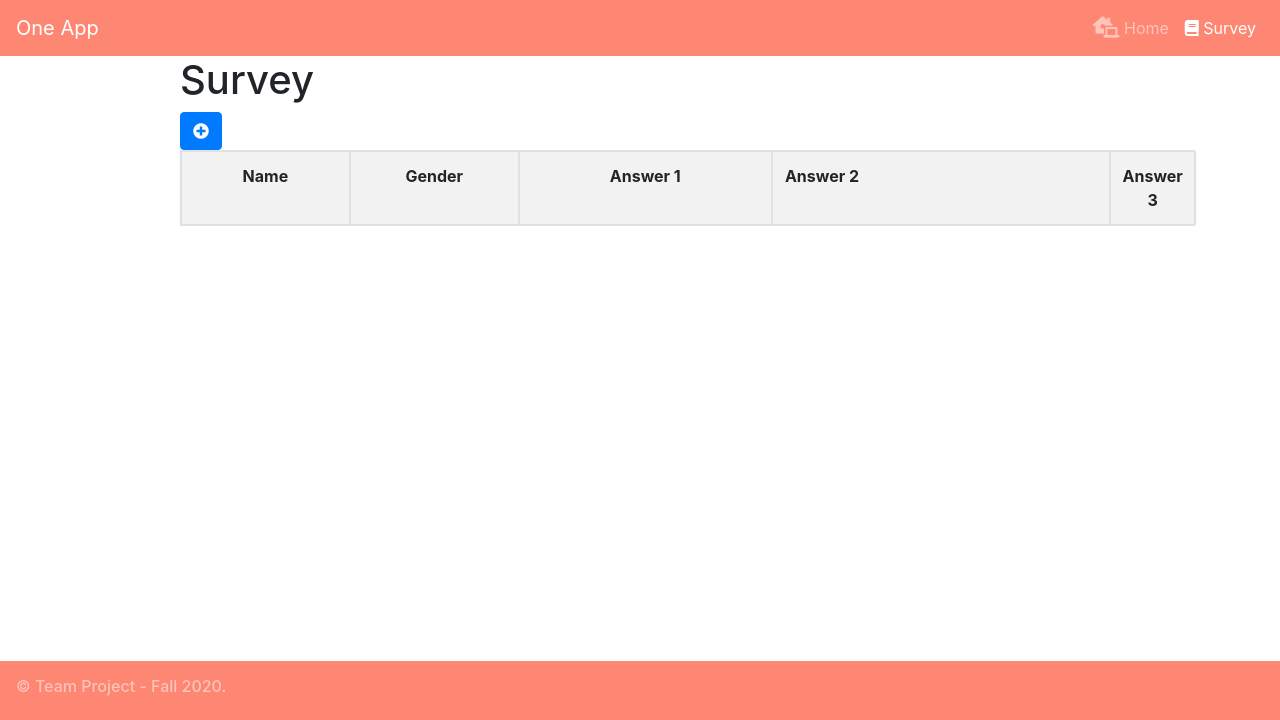
Repository: Dyazho/group-project
Page: http://localhost/survey
The author's editor kept a copy of each file at every save. The page is drawn from the files as they stood at one save, then again after the next save.
The browser window is 1280 px wide. The pictures show the whole page.
The page is served by the project's Node server (server.js). Other server files are loaded and not shown. Queries for data that is not in the repository find no rows.

Above is the page before, as saved 2020-11-16 11:08:12.

### server/views/book/list.ejs
<%- include ../partials/header.ejs %>

<%- include ../partials/main_nav.ejs %>


  <!-- Main Content -->
  <main class="container">
    <div class="row">
        <div class="offset-md-1 col-md-11">
            <h1><%= title %></h1>
            <a href="/survey/add" class="btn btn-primary" role="button">
            <i class="fas fa-plus-circle"></i></a>
            <br>
            <table class="table table-bordered table-striped table-hover">
                <!-- Header Row-->
                <tr class="d-flex">
                    <th class="text-center col-2">Name</th>
                    <th class="text-center col-2">Gender</th>
                    <th class="text-center col-3">Answer 1</th>
                    <th class="col-4">Answer 2</th>
                    <th class="text-center col-">Answer 3</th>
                </tr>

                <!-- Repeatable Template Row -->

                <% for(let count = 0; count < BookList.length; count++) { %>
                    <tr class="d-flex">
                        <td class="text-center col-2"><%= BookList[count].name %></td>
                        <td class="text-center col-2"><%= BookList[count].gender %></td>
                        <td class="text-center col-1"><%= BookList[count].question1 %></td>
                        <td class="col-4"><%= BookList[count].question2 %></td>
                        <td class="text-center col-1"><%= BookList[count].question3 %></td>
                        <td class="text-center col-1">
                            <a href="/survey/edit/<%= BookList[count]._id %>" class="btn btn-primary btn-sm">
                            <i class="fas fa-pencil-alt"></i> Edit</a>
                        </td>
                        <td class="text-center col-1">
                            <a href="/survey/delete/<%= BookList[count]._id %>" class="btn btn-danger btn-sm">
                            <i class="fas fa-trash-alt"></i> Delete</a>
                        </td>
                    </tr>
                <% } %>
            </table>
        </div>
    </div>
  </main>

<%- include ../partials/bottom_nav.ejs %>

<%- include ../partials/footer.ejs %>

### server/views/partials/header.ejs
<!DOCTYPE html>
<html lang="en">
<head>
  <meta charset="UTF-8">
  <meta name="viewport" content="width=device-width, initial-scale=1.0">
  <title><%= title %></title>
  <!-- CSS Section -->

  <link rel="stylesheet" href="/bootstrap/dist/css/bootstrap.min.css">
  <link rel="stylesheet" href="/@fortawesome/fontawesome-free/css/all.min.css">
  <link rel='stylesheet' href='/Content/app.css' />

</head>
<body>

### server/views/partials/main_nav.ejs
<!-- Main Navigation -->
  <nav class="navbar navbar-expand-lg navbar-dark navbar-colorr">

    <a class="navbar-brand" href="/survey"> One App</a>
    <button class="navbar-toggler" type="button" data-toggle="collapse" data-target="#navbarSupportedContent" aria-controls="navbarSupportedContent" aria-expanded="false" aria-label="Toggle navigation">
      <span class="navbar-toggler-icon"></span>
    </button>

    <div class="collapse navbar-collapse" id="navbarSupportedContent">
      <ul class="navbar-nav ml-auto">

        <% if (title == "Home"){ %>
        <li class="nav-item active">
        <% } else  { %>
        <li class="nav-item">
        <% } %>
          <a class="nav-link" href="/home"><i class="fas fa-lg fa-laptop-house"></i> Home </a>
        </li>


        <% if (title == "Survey") { %>
        <li class="nav-item active">
        <% } else  { %>
        <li class="nav-item">
        <% } %>
          <a class="nav-link" href="/survey"><i class="fas fa-book"></i> Survey </a>
        </li>


    </div>
  </nav>

### server/views/partials/bottom_nav.ejs
<!-- Bottom Nav -->
  <footer>
    <nav class="navbar fixed-bottom navbar-dark navbar-colorr">
      <h6 class="display-6 navbar-text">&copy; Team Project - Fall 2020.</h6>
    </nav>
  </footer>

### server.js
#!/usr/bin/env node


/*  Sanamdeep Singh
    301107513       */


/**
 * Module dependencies.
 */

var app = require('./server/config/app');
var debug = require('debug')('week-4:server');
var http = require('http');

/**
 * Get port from environment and store in Express.
 */

var port = normalizePort(process.env.PORT || '3000');
app.set('port', port);

/**
 * Create HTTP server.
 */

var server = http.createServer(app);

/**
 * Listen on provided port, on all network interfaces.
 */

server.listen(port);
server.on('error', onError);
server.on('listening', onListening);

/**
 * Normalize a port into a number, string, or false.
 */

function normalizePort(val) {
  var port = parseInt(val, 10);

  if (isNaN(port)) {
    // named pipe
    return val;
  }

  if (port >= 0) {
    // port number
    return port;
  }

  return false;
}

/**
 * Event listener for HTTP server "error" event.
 */

function onError(error) {
  if (error.syscall !== 'listen') {
    throw error;
  }

  var bind = typeof port === 'string'
    ? 'Pipe ' + port
    : 'Port ' + port;

  // handle specific listen errors with friendly messages
  switch (error.code) {
    case 'EACCES':
      console.error(bind + ' requires elevated privileges');
      process.exit(1);
      break;
    case 'EADDRINUSE':
      console.error(bind + ' is already in use');
      process.exit(1);
      break;
    default:
      throw error;
  }
}

/**
 * Event listener for HTTP server "listening" event.
 */

function onListening() {
  var addr = server.address();
  var bind = typeof addr === 'string'
    ? 'pipe ' + addr
    : 'port ' + addr.port;
  debug('Listening on ' + bind);
}

### server/controllers/book.js
let express = require('express');
let router = express.Router();
let mongoose = require('mongoose');

// create a reference to the model
let Book = require('../models/book');

module.exports.displayBookList = (req, res, next) => {
    Book.find((err, bookList) => {
        if(err)
        {
            return console.error(err);
        }
        else
        {
            //console.log(BookList);

            res.render('book/list', {title: 'Survey', BookList: bookList});
        }
    });
}

module.exports.displayAddPage = (req, res, next) => {
    res.render('book/add', {title: 'Add'})
}

module.exports.processAddPage = (req, res, next) => {
    let newBook = Book({
        "name": req.body.name,
        "author": req.body.author,
        "published": req.body.published,
        "description": req.body.description,
        "price": req.body.price
    });

    Book.create(newBook, (err, Book) =>{
        if(err)
        {
            console.log(err);
            res.end(err);
        }
        else
        {
            // refresh the book list
            res.redirect('/survey');
        }
    });

}

module.exports.displayEditPage = (req, res, next) => {
    let id = req.params.id;

    Book.findById(id, (err, bookToEdit) => {
        if(err)
        {
            console.log(err);
            res.end(err);
        }
        else
        {
            //show the edit view
            res.render('book/edit', {title: 'Edit', book: bookToEdit})
        }
    });
}

module.exports.processEditPage = (req, res, next) => {
    let id = req.params.id

    let updatedBook = Book({
        "_id": id,
        "name": req.body.name,
        "author": req.body.author,
        "published": req.body.published,
        "description": req.body.description,
        "price": req.body.price
    });

    Book.updateOne({_id: id}, updatedBook, (err) => {
        if(err)
        {
            console.log(err);
            res.end(err);
        }
        else
        {
            // refresh the book list
            res.redirect('/survey');
        }
    });
}

module.exports.performDelete = (req, res, next) => {
    let id = req.params.id;

    Book.remove({_id: id}, (err) => {
        if(err)
        {
            console.log(err);
            res.end(err);
        }
        else
        {
             // refresh the book list
             res.redirect('/survey');
        }
    });
}

### public/Content/app.css
/* custom css goes here */

.navbar-colorr {
  background-color: #fe8773;
}

### public/Scripts/app.js
/*  Sanamdeep Singh
    301107513       */


// IIFE -- Immediately Invoked Function Expression
(function(){

    function Start()
    {
        console.log("App Started...");

        let deleteButtons = document.querySelectorAll('.btn-danger');

        for(button of deleteButtons)
        {
            button.addEventListener('click', (event)=>{
                if(!confirm("Are you sure?"))
                {
                    event.preventDefault();
                    window.location.assign('/book-list');
                }
            });
        }
    }

    window.addEventListener("load", Start);

})();

Loaded but not shown: server/views/partials/footer.ejs (common file)

After the next save:
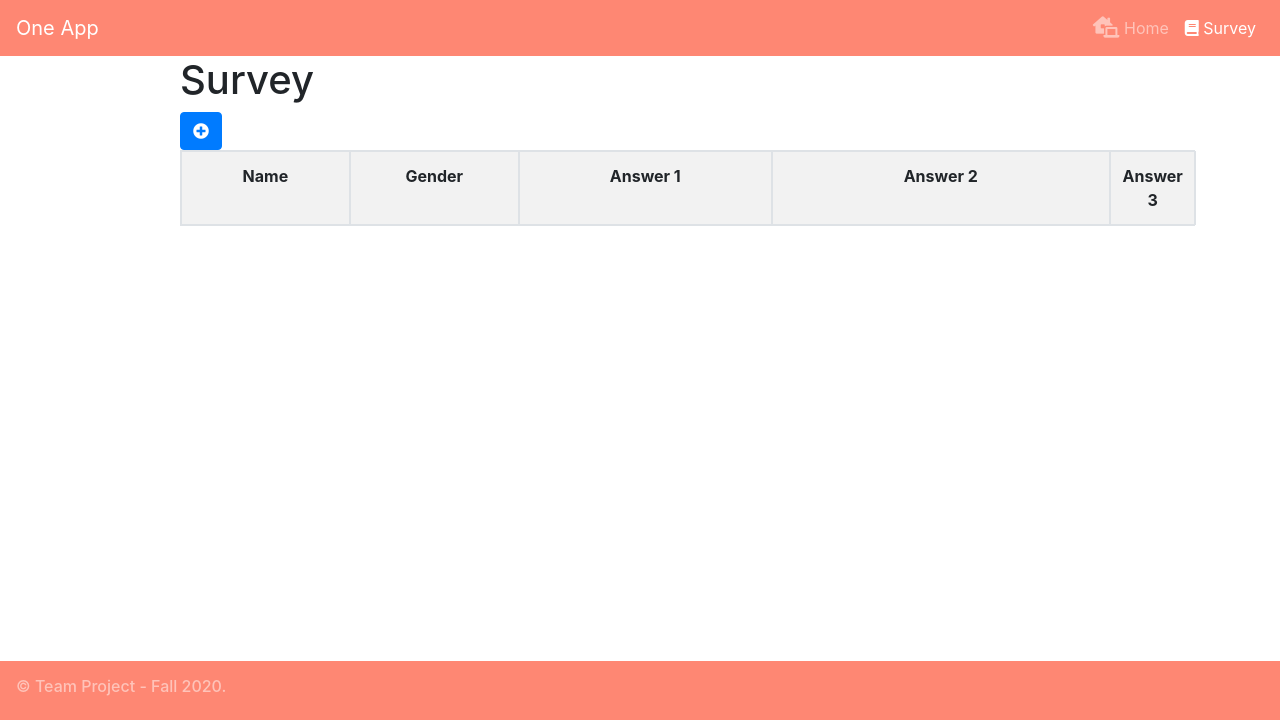
Saved 27 s later.
--- a/server/views/book/list.ejs
+++ b/server/views/book/list.ejs
@@ -17,7 +17,7 @@
                     <th class="text-center col-2">Name</th>
                     <th class="text-center col-2">Gender</th>
                     <th class="text-center col-3">Answer 1</th>
-                    <th class="col-4">Answer 2</th>
+                    <th class="text-center col-4">Answer 2</th>
                     <th class="text-center col-">Answer 3</th>
                 </tr>
 
